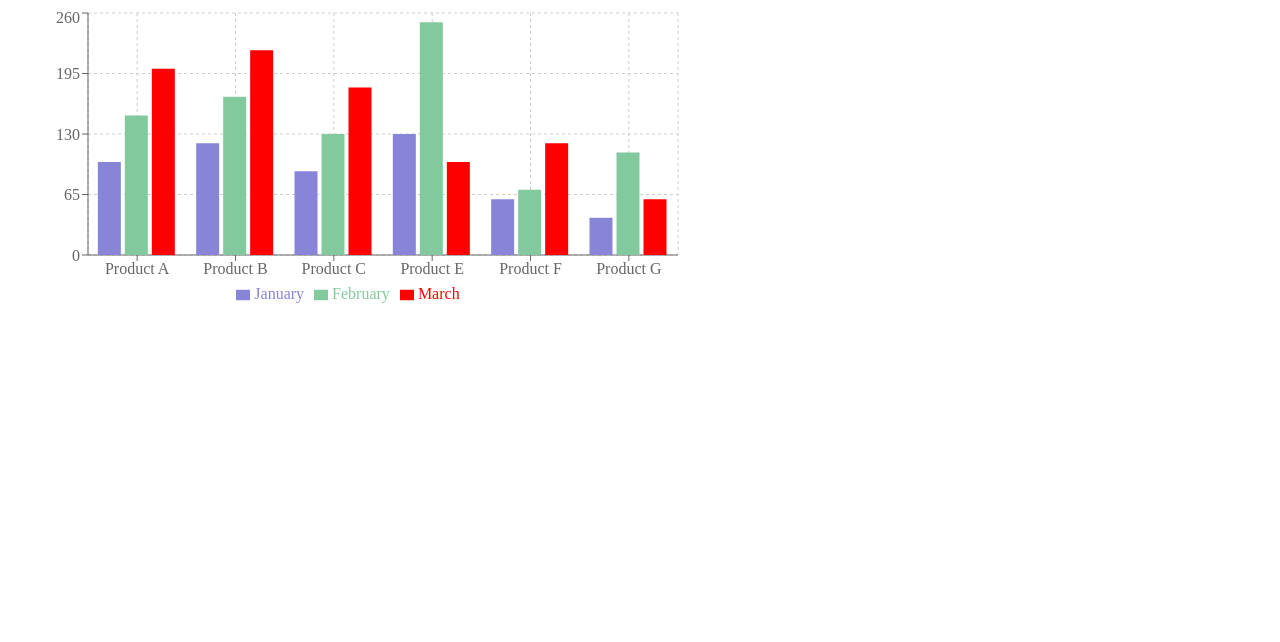
Repository: sagarjain738/test
Page: /
These files come from the project's save history. The page is drawn as it stood at one moment and after the next save; the edit follows.
The browser window is 1280 px wide. The pictures show the whole page.
The project was rebuilt for these pictures with package versions that can differ from the ones it lists, and the page was loaded fresh each time. Also part of the build but not shown: vite.config.js, src/App.css, src/index.css.

Above is the page before, as saved 2024-01-20 18:57:01.

### src/App.jsx
import { useState } from "react";
import "./App.css";
import FirstChart from "./components/FirstChart";
import totalData, { getTodalData } from "../Data";

function App() {
  const records = getTodalData(totalData);
  const [count, setCount] = useState(0);

  return (
    <>
      <FirstChart records={records} />
    </>
  );
}

export default App;

### src/components/FirstChart.jsx
import {
  Bar,
  BarChart,
  CartesianGrid,
  Legend,
  Rectangle,
  Tooltip,
  XAxis,
  YAxis,
} from "recharts";

const FirstChart = ({ records }) => {
  return (
    <BarChart
      width={700}
      height={300}
      data={records}
      margin={{
        top: 5,
        right: 30,
        left: 20,
        bottom: 5,
      }}
    >
      <CartesianGrid strokeDasharray="3 3" />
      <XAxis dataKey="name" />
      <YAxis />
      <Tooltip />
      <Legend />
      <Bar
        dataKey="January"
        fill="#8884d8"
        activeBar={<Rectangle fill="pink" stroke="blue" />}
      />
      <Bar
        dataKey="February"
        fill="#82ca9d"
        activeBar={<Rectangle fill="gold" stroke="purple" />}
      />
      <Bar
        dataKey="March"
        fill="red"
        activeBar={<Rectangle fill="gold" stroke="purple" />}
      />
    </BarChart>
  );
};

export default FirstChart;

### Data.js
let data = {
  salesData: [
    {
      product: "Product A",
      sales: [
        { month: "January", amount: 100 },
        { month: "February", amount: 150 },
        { month: "March", amount: 200 },
      ],
    },
    {
      product: "Product B",
      sales: [
        { month: "January", amount: 120 },
        { month: "February", amount: 170 },
        { month: "March", amount: 220 },
      ],
    },
    {
      product: "Product C",
      sales: [
        { month: "January", amount: 90 },
        { month: "February", amount: 130 },
        { month: "March", amount: 180 },
      ],
    },
    {
      product: "Product E",
      sales: [
        { month: "January", amount: 130 },
        { month: "February", amount: 250 },
        { month: "March", amount: 100 },
      ],
    },
    {
      product: "Product F",
      sales: [
        { month: "January", amount: 60 },
        { month: "February", amount: 70 },
        { month: "March", amount: 120 },
      ],
    },
    {
      product: "Product G",
      sales: [
        { month: "January", amount: 40 },
        { month: "February", amount: 110 },
        { month: "March", amount: 60 },
      ],
    },
  ],
};

export function getTodalData(records) {
  const result = records.salesData.map((item) => {
    return {
      name: item.product,
      data: item.sales.reduce(
        (acc, itm) => ({ ...acc, [`${itm.month}`]: itm.amount }),
        {}
      ),
    };
  });

  const finalData = result.map((item) => {
    return { name: item.name, ...item.data };
  });

  return finalData;
}

export default data;

### src/components/SecondData.jsx
import {
  Bar,
  BarChart,
  CartesianGrid,
  Legend,
  Rectangle,
  Tooltip,
  XAxis,
  YAxis,
} from "recharts";

const SecondChart = ({ records }) => {
  return (
    <BarChart
      width={700}
      height={300}
      data={records}
      margin={{
        top: 5,
        right: 30,
        left: 20,
        bottom: 5,
      }}
    >
      <CartesianGrid strokeDasharray="3 3" />
      <XAxis dataKey="name" />
      <YAxis />
      <Tooltip />
      <Legend />
      <Bar
        dataKey="January"
        fill="#8884d8"
        activeBar={<Rectangle fill="pink" stroke="blue" />}
      />
      <Bar
        dataKey="February"
        fill="#82ca9d"
        activeBar={<Rectangle fill="gold" stroke="purple" />}
      />
      <Bar
        dataKey="March"
        fill="red"
        activeBar={<Rectangle fill="gold" stroke="purple" />}
      />
    </BarChart>
  );
};

export default SecondChart;

Loaded but not shown: index.html (common file); src/main.jsx (common file)

After the next save:
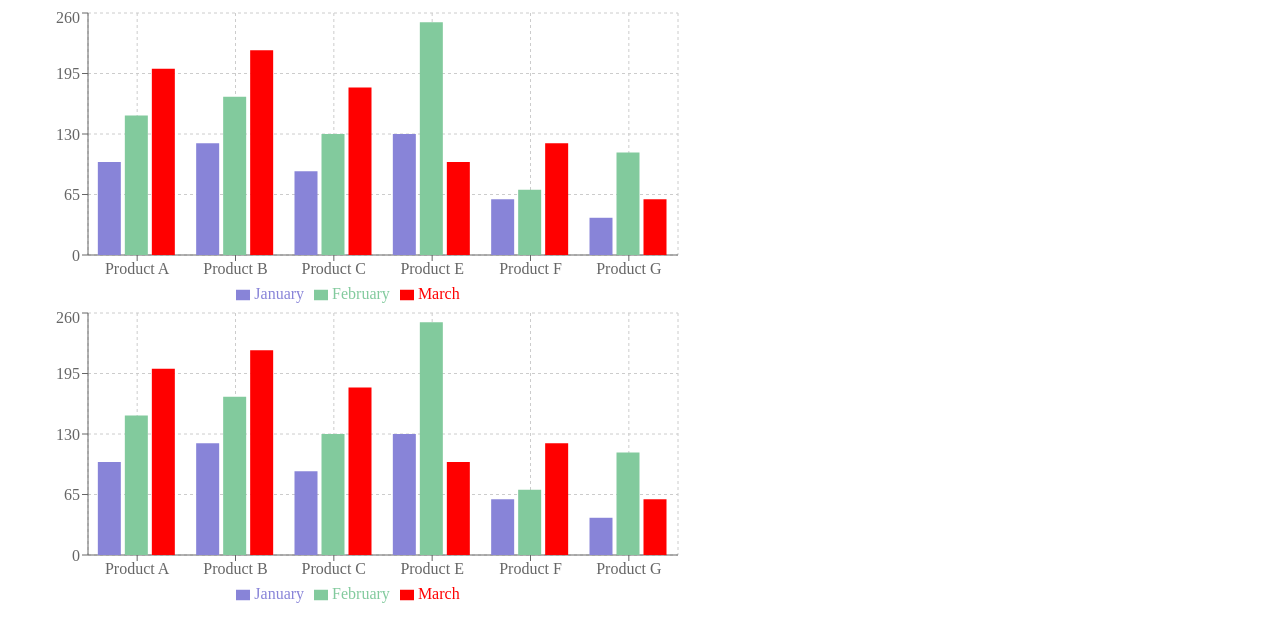
Saved 53 s later.
--- a/src/App.jsx
+++ b/src/App.jsx
@@ -2,14 +2,17 @@ import { useState } from "react";
 import "./App.css";
 import FirstChart from "./components/FirstChart";
 import totalData, { getTodalData } from "../Data";
+import SecondChart from "./components/SecondData";
 
 function App() {
-  const records = getTodalData(totalData);
+  const firstRecord = getTodalData(totalData);
+  const secondRecord = getTodalData(totalData);
   const [count, setCount] = useState(0);
 
   return (
     <>
-      <FirstChart records={records} />
+      <FirstChart records={firstRecord} />
+      <SecondChart records={secondRecord} />
     </>
   );
 }
